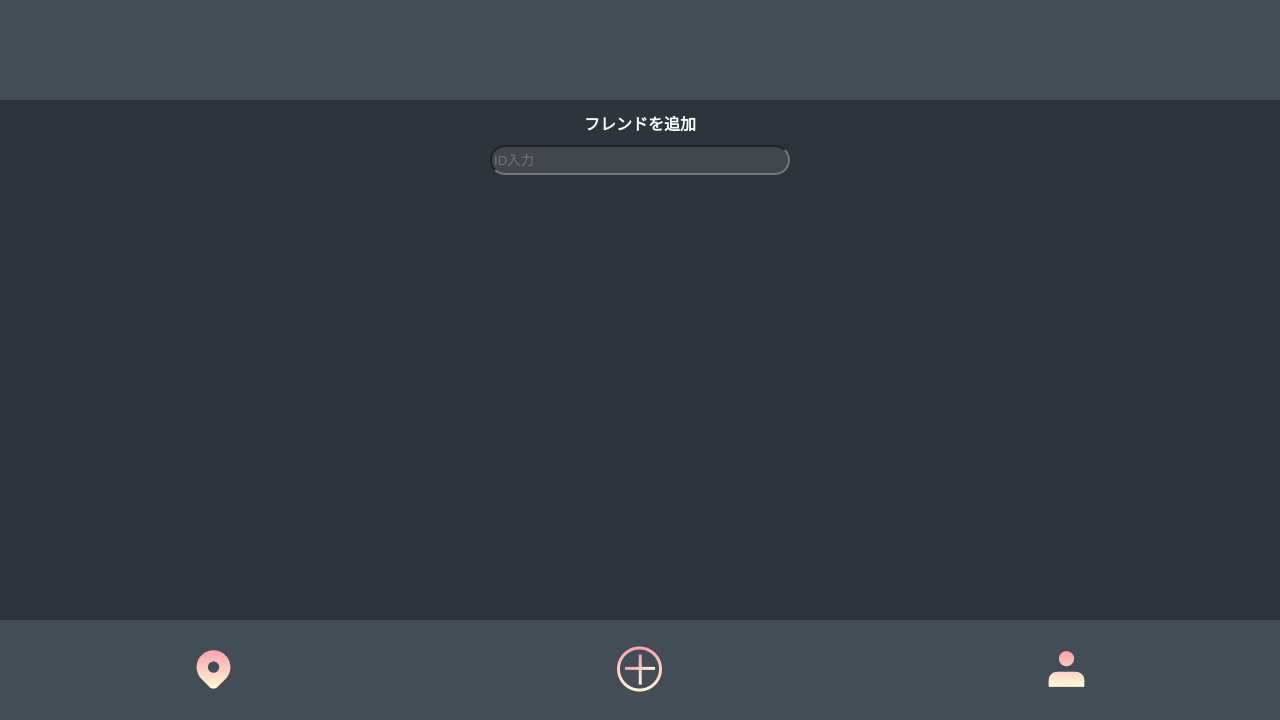
Repository: ren0714poo/respos
Page: addition.html
These files come from the project's save history. The page is drawn as it stood at one moment and after the next save; the edit follows.
The browser window is 1280 px wide. The pictures show the whole page.

Above is the page before, as saved 2025-07-17 14:40:00.

### addition.html
<!DOCTYPE html>
<html lang="ja">
<head>
  <meta charset="UTF-8">
  <meta name="viewport" content="width=device-width, initial-scale=1.0">
  <title>respos_addition</title>
  <link rel="stylesheet" href="css/addition.css">
</head>
<body>
  <header>
  </header>

  <main>
    <div class="addition">
      <h1>フレンドを追加</h1>
      <input type="search" placeholder="ID入力">
    </div>
  </main>

  <footer>
    <button type="button" id="pin" onclick="location.href='top.html'"><img src="img/tabler_map-pin-filled.png" alt="ピン"></button>
    <button type="button"><img src="img/post.png" alt="投稿"></button>
    <button type="button" id="profile" onclick="location.href='profile.html'"><img src="img/icon-park-solid_people.png" alt="プロフィール"></button>
  </footer>

</body>
</html>

### css/addition.css
@media screen and (max-width:480px){


}

html, body {
  color: white;
  background: #2D343C;
  height: 100%;
  margin: 0;
  padding: 0;
  display: grid;
  grid-template-rows: 100px calc(100vh - 200px) 100px;
  grid-template-areas:
  "header"
  "main"
  "footer"
  ;
}



header{
  width: 100%;
  height: 100px;
  background: #444C55;
  display: flex;
  grid-area: header;
}




main{
  grid-area: main;
}

.addition{
    display: flex;
  flex-direction: column;
  align-items: center;
  justify-content: center;
}

.addition h1{
  color: #fefefe;
  font-size: 16px;
  text-align: center;
}

.addition input{
  display: block;
  justify-content: center;
  width: 300px;
  height: 30px;
  background: rgba(152, 147, 147, 0.2);
  border-radius: 20px;
}








footer {
  background: #444C55;
  display: flex;
  justify-content: space-around;
  align-items: center;
}

footer button {
  background: transparent;
  border: none;
}

After the next save:
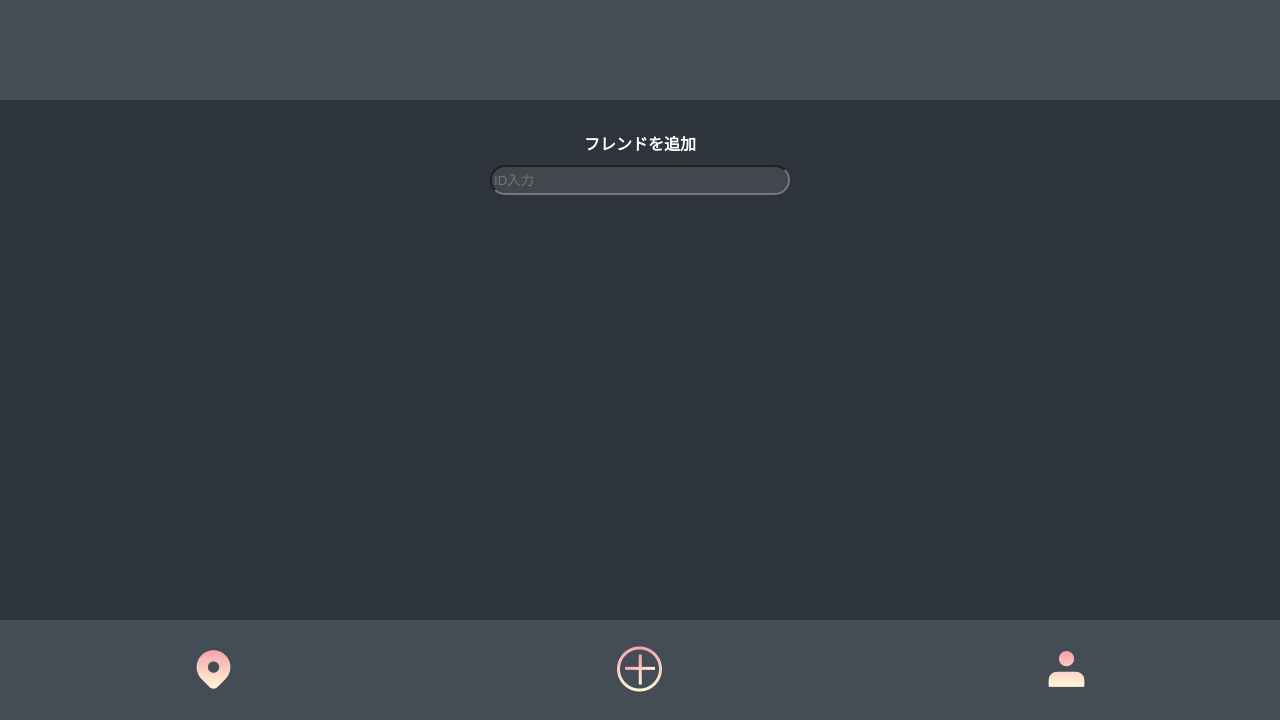
Saved 20 s later.
--- a/css/addition.css
+++ b/css/addition.css
@@ -36,10 +36,11 @@ main{
 }
 
 .addition{
-    display: flex;
+  display: flex;
   flex-direction: column;
   align-items: center;
   justify-content: center;
+  margin: 20px;
 }
 
 .addition h1{
